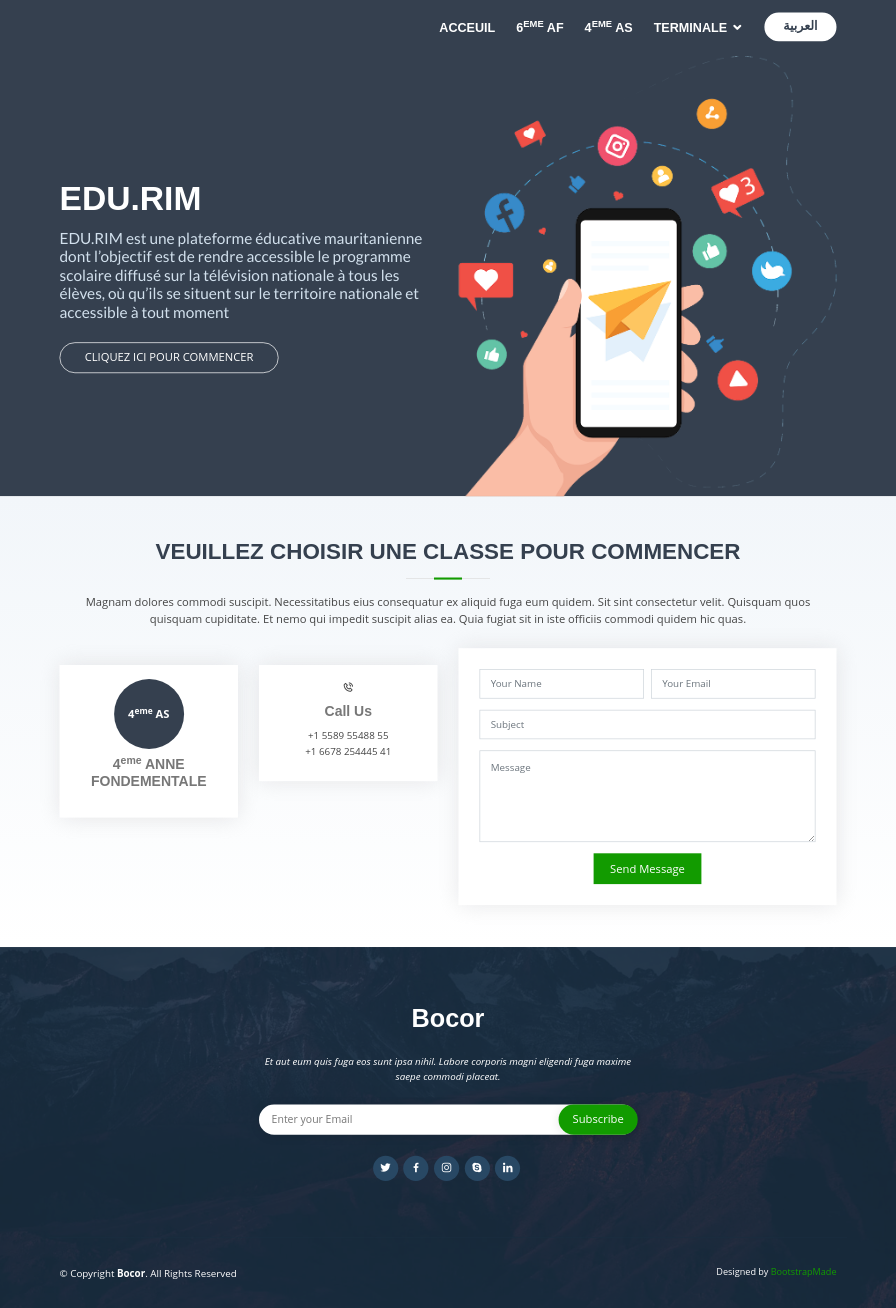
Repository: athiemohamed/courat
Page: http://localhost/
These files come from the project's save history. The page is drawn as it stood at one moment and after the next save; the edit follows.
The browser window is 1280 px wide. The pictures show the whole page, at 70% of full size.
Some web fonts or font styles are not loaded; a fallback is used. The page is run by PHP 8.4 with error messages shown; the project is at /var/www/html/. Other server files are loaded and not shown.

Above is the page before, as saved 2020-03-26 13:05:42.

### assets/css/style.css
/*--------------------------------------------------------------
# General
--------------------------------------------------------------*/
body {
  font-family: "Open Sans", sans-serif;
  color: #444444;
}

a {
  color: #129b00;
}

a:hover {
  color: #129b00;
  text-decoration: none;
}

h1, h2, h3, h4, h5, h6 {
  font-family: "Raleway", sans-serif;
}

/*--------------------------------------------------------------
# Back to top button
--------------------------------------------------------------*/
.back-to-top {
  position: fixed;
  display: none;
  width: 40px;
  height: 40px;
  border-radius: 50px;
  right: 15px;
  bottom: 15px;
  background: #129b00;
  color: #fff;
  transition: display 0.5s ease-in-out;
  z-index: 99999;
  transition: all ease-in-out 0.3s;
}

.back-to-top i {
  font-size: 24px;
  position: absolute;
  top: 8px;
  left: 8px;
}

.back-to-top:hover {
  color: #fff;
  background: #129b00;
}

/*--------------------------------------------------------------
# Header
--------------------------------------------------------------*/
#header {
  height: 80px;
  transition: all 0.5s;
  z-index: 997;
  transition: all 0.5s;
  padding: 16px 0;
  background: #35404f;
}

#header .logo h1 {
  font-size: 24px;
  margin: 0;
  padding: 10px 0;
  line-height: 1;
  font-weight: 700;
  letter-spacing: 3px;
  text-transform: uppercase;
  font-family: "Poppins", sans-serif;
}

#header .logo h1 a, #header .logo h1 a:hover {
  color: #fff;
  text-decoration: none;
}

#header .logo h1 a span, #header .logo h1 a:hover span {
  color: #129b00;
}

#header .logo img {
  padding: 0;
  margin: 0;
  max-height: 40px;
}

/*--------------------------------------------------------------
# Navigation Menu
--------------------------------------------------------------*/
/* Desktop Navigation */
.nav-menu, .nav-menu * {
  margin: 0;
  padding: 0;
  list-style: none;
}

.nav-menu > ul > li {
  position: relative;
  white-space: nowrap;
  float: left;
}

.nav-menu ul {
  border-radius: 6px;
}

.nav-menu a {
  display: block;
  position: relative;
  color: #fff;
  font-weight: bold;
  padding: 10px 15px;
  transition: 0.3s;
  font-size: 18px;
  font-family: 'Cairo', sans-serif;
  font-weight: bold;
}

.nav-menu a:hover, .nav-menu .active > a, .nav-menu li:hover > a {
  color: #fff;
  text-decoration: none;
}

.nav-menu .get-started a {
  background: #fff;
  font-size: 18px;
  font-family: 'Cairo', sans-serif;
  color: #35404f;
  border-radius: 50px;
  margin: 2px 0 0 15px;
  padding: 4px 25px 6px 25px;
  border: 2px solid #fff;
}

.nav-menu .get-started a:hover {
  background: #35404f;
  color: #fff;
  border: 1px solid #fff;
}

.nav-menu .drop-down ul {
  display: block;
  position: absolute;
  left: 0;
  top: calc(100% - 30px);
  z-index: 99;
  opacity: 0;
  visibility: hidden;
  padding: 10px 0;
  background: #fff;
  box-shadow: 0px 0px 30px rgba(127, 137, 161, 0.25);
  transition: ease all 0.3s;
}

.nav-menu .drop-down:hover > ul {
  opacity: 1;
  top: 100%;
  visibility: visible;
}

.nav-menu .drop-down li {
  min-width: 180px;
  position: relative;
}

.nav-menu .drop-down ul a {
  padding: 10px 20px;
  font-size: 14px;
  font-weight: 500;
  text-transform: none;
  color: #35404f;
}

.nav-menu .drop-down ul a:hover, .nav-menu .drop-down ul .active > a, .nav-menu .drop-down ul li:hover > a {
  color: #129b00;
}

.nav-menu .drop-down > a:after {
  content: "\ea99";
  font-family: IcoFont;
  padding-left: 5px;
}

.nav-menu .drop-down .drop-down ul {
  top: 0;
  left: calc(100% - 30px);
}

.nav-menu .drop-down .drop-down:hover > ul {
  opacity: 1;
  top: 0;
  left: 100%;
}

.nav-menu .drop-down .drop-down > a {
  padding-right: 35px;
}

.nav-menu .drop-down .drop-down > a:after {
  content: "\eaa0";
  font-family: IcoFont;
  position: absolute;
  right: 15px;
}

@media (max-width: 1366px) {
  .nav-menu .drop-down .drop-down ul {
    left: -90%;
  }
  .nav-menu .drop-down .drop-down:hover > ul {
    left: -100%;
  }
  .nav-menu .drop-down .drop-down > a:after {
    content: "\ea9d";
  }
}

/* Mobile Navigation */
.mobile-nav-toggle {
  position: fixed;
  right: 15px;
  top: 15px;
  z-index: 9998;
  border: 0;
  background: none;
  font-size: 24px;
  transition: all 0.4s;
  outline: none !important;
  line-height: 1;
  cursor: pointer;
  text-align: right;
}

.mobile-nav-toggle i {
  color: #fff;
}

.mobile-nav {
  position: fixed;
  top: 55px;
  right: 15px;
  bottom: 15px;
  left: 15px;
  z-index: 9999;
  overflow-y: auto;
  background: #fff;
  transition: ease-in-out 0.2s;
  opacity: 0;
  visibility: hidden;
  border-radius: 10px;
  padding: 10px 0;
}

.mobile-nav * {
  margin: 0;
  padding: 0;
  list-style: none;
}

.mobile-nav a {
  display: block;
  position: relative;
  color: #35404f;
  text-align: center;
  font-family: 'Cairo', sans-serif;
  font-weight: bold;
  padding: 10px 20px;
  outline: none;
  transition: 0.3s;
}

.mobile-nav a:hover, .mobile-nav .active > a, .mobile-nav li:hover > a {
  color: #129b00;
  text-decoration: none;
}

.mobile-nav .drop-down > a:after {
  content: "\ea99";
  font-family: IcoFont;
  padding-left: 10px;
  position: absolute;
  right: 15px;
}

.mobile-nav .active.drop-down > a:after {
  content: "\eaa1";
}

.mobile-nav .drop-down > a {
  text-align: center;
  font-family: 'Cairo', sans-serif;
  font-weight: bold;
}

.mobile-nav .drop-down ul {
  display: none;
  overflow: hidden;
}

.mobile-nav .drop-down li {
  text-align: center;
  font-family: 'Cairo', sans-serif;
}

.mobile-nav .get-started a {
  background: #35404f;
  color: #fff;
  font-family: 'Cairo', sans-serif;
  border-radius: 50px;
  margin: 15px;
  padding: 8px 25px 10px 25px;
  text-align: center;
}

.mobile-nav .get-started a:hover {
  background: #fff;
  color: #35404f;
  border: 1px solid #35404f;
}

.mobile-nav-overly {
  width: 100%;
  height: 100%;
  z-index: 9997;
  top: 0;
  left: 0;
  position: fixed;
  background: rgba(18, 33, 46, 0.6);
  overflow: hidden;
  display: none;
  transition: ease-in-out 0.2s;
}

.mobile-nav-active {
  overflow: hidden;
}

.mobile-nav-active .mobile-nav {
  opacity: 1;
  visibility: visible;
}

.mobile-nav-active .mobile-nav-toggle i {
  color: #fff;
}

/*--------------------------------------------------------------
# Hero Section
--------------------------------------------------------------*/
#hero {
  width: 100%;
  padding: 0 0 0 0;
  background: #35404f;
  background: linear-gradient(180deg, #35404f 0%, #35404f 35%, #35404f 100%);
}

#hero h1 {
  margin: 0 0 15px 0;
  font-size: 48px;
  font-weight: 700;
  line-height: 56px;
  color: #fff;
  font-family: "Cairo", sans-serif;
}

#hero h2 {
  font-family: 'Lato', sans-serif;
  color: #d2e0ed;
  margin-bottom: 30px;
  font-size: 22px;
}

#hero .btn-get-started {
  color: #fff;
  border-radius: 50px;
  padding: 8px 35px 10px 35px;
  border: 1px solid #fff;
  transition: all ease-in-out 0.3s;
  display: inline-block;
  background: #35404f;
}

#hero .btn-get-started:hover {
  background: #fff;
  color: #35404f;
}

@media (max-width: 991px) {
  #hero .hero-img {
    text-align: center;
  }
  #hero .hero-img img {
    width: 50%;
  }
}

@media (max-width: 768px) {
  #hero {
    -moz-text-align-last: center;
    text-align-last: center;
  }
  #hero h1 {
    font-size: 28px;
    line-height: 36px;
  }
  #hero h2 {
    font-size: 18px;
    line-height: 24px;
    margin-bottom: 30px;
  }
  #hero .hero-img img {
    width: 70%;
  }
}

@media (max-width: 575px) {
  #hero .hero-img img {
    width: 80%;
  }
}

/*--------------------------------------------------------------
# Sections General
--------------------------------------------------------------*/
section {
  padding: 60px 0;
  overflow: hidden;
}

.section-bg {
  background: linear-gradient(180deg, #f2f6fa 0%, #fff 100%);
}

.section-title {
  text-align: center;
  padding-bottom: 30px;
}

.section-title h2 {
  font-size: 32px;
  font-weight: 600;
  text-transform: uppercase;
  margin-bottom: 20px;
  padding-bottom: 20px;
  position: relative;
  font-family: "Poppins", sans-serif;
  color: #35404f;
}

.section-title h2::before {
  content: '';
  position: absolute;
  display: block;
  width: 120px;
  height: 1px;
  background: #ddd;
  bottom: 1px;
  left: calc(50% - 60px);
}

.section-title h2::after {
  content: '';
  position: absolute;
  display: block;
  width: 40px;
  height: 3px;
  background: #129b00;
  bottom: 0;
  left: calc(50% - 20px);
}

.section-title p {
  margin-bottom: 0;
}

/*--------------------------------------------------------------
# Clients
--------------------------------------------------------------*/
.clients {
  padding: 0;
}

.clients .client-logo {
  display: flex;
  justify-content: center;
  align-items: center;
  overflow: hidden;
  height: 120px;
}

.clients .client-logo img {
  height: 40px;
}

.clients .client-logo:hover img {
  transform: scale(1.2);
}

.clients img {
  transition: all 0.4s ease-in-out;
}

/*--------------------------------------------------------------
# About
--------------------------------------------------------------*/
.about .content {
  padding: 30px 0;
}

.about .content h3 {
  font-weight: 700;
  font-size: 34px;
  color: #35404f;
}

.about .content p {
  margin-bottom: 0;
}

.about .content .icon-box {
  margin-top: 25px;
}

.about .content .icon-box h4 {
  font-size: 20px;
  font-weight: 700;
  margin: 5px 0 10px 60px;
  color: #35404f;
}

.about .content .icon-box h4 a {
  color: #35404f;
  transition: 0.3s;
}

.about .content .icon-box h4 a:hover {
  color: #129b00;
}

.about .content .icon-box i {
  font-size: 48px;
  float: left;
  color: #129b00;
}

.about .content .icon-box p {
  font-size: 15px;
  color: #848484;
  margin-left: 60px;
}

.about .image {
  background: url("../img/about.jpg") center center no-repeat;
  background-size: cover;
  min-height: 400px;
}

@media (max-width: 667px) {
  .about .image img {
    max-width: 100%;
  }
}

/*--------------------------------------------------------------
# Services
--------------------------------------------------------------*/
.services {
  padding-bottom: 40px;
}

.services .card {
  border: 0;
  padding: 0 30px;
  margin-bottom: 60px;
  position: relative;
  background: transparent;
}

.services .card-img {
  width: calc(100% + 60px);
  margin-left: -30px;
  overflow: hidden;
  z-index: 9;
  border-radius: 0;
}

.services .card-img img {
  max-width: 100%;
  transition: all 0.3s ease-in-out;
}

.services .card-body {
  z-index: 10;
  background: #fff;
  border-top: 4px solid #fff;
  padding: 30px;
  box-shadow: 0px 2px 15px rgba(0, 0, 0, 0.1);
  margin-top: -60px;
  transition: 0.3s;
}

.services .card-title {
  font-weight: 700;
  text-align: center;
  margin-bottom: 20px;
}

.services .card-title a {
  color: #35404f;
  transition: 0.3s;
}

.services .card-text {
  color: #5e5e5e;
}

.services .read-more a {
  color: #777777;
  text-transform: uppercase;
  font-weight: 600;
  font-size: 12px;
  transition: 0.3s;
}

.services .read-more a:hover {
  color: #129b00;
}

.services .card:hover img {
  transform: scale(1.1);
}

.services .card:hover .card-body {
  border-color: #129b00;
}

.services .card:hover .card-body .card-title a {
  color: #129b00;
}

/*--------------------------------------------------------------
# Features
--------------------------------------------------------------*/
.features .content + .content {
  margin-top: 100px;
}

.features .content h3 {
  font-weight: 700;
  font-size: 26px;
  color: #35404f;
}

.features .content ul {
  list-style: none;
  padding: 0;
}

.features .content ul li {
  padding-bottom: 10px;
}

.features .content ul i {
  font-size: 20px;
  padding-right: 4px;
  color: #129b00;
}

.features .content p:last-child {
  margin-bottom: 0;
}

/*--------------------------------------------------------------
# Portfolio
--------------------------------------------------------------*/
.portfolio .portfolio-item {
  margin-bottom: 30px;
}

.portfolio #portfolio-flters {
  padding: 0;
  margin: 0 0 35px 0;
  list-style: none;
  text-align: center;
}

.portfolio #portfolio-flters li {
  cursor: pointer;
  margin: 0 5px 5px 0;
  display: inline-block;
  padding: 10px 15px;
  font-size: 16px;
  font-weight: 600;
  line-height: 20px;
  color: #444444;
  margin-bottom: 5px;
  transition: all 0.3s ease-in-out;
}

.portfolio #portfolio-flters li:hover, .portfolio #portfolio-flters li.filter-active {
  color: #129b00;
}

.portfolio #portfolio-flters li:last-child {
  margin-right: 0;
}

.portfolio .portfolio-wrap {
  transition: 0.3s;
  position: relative;
  overflow: hidden;
  border-radius: 8px;
  z-index: 1;
}

.portfolio .portfolio-wrap::before {
  content: "";
  background: rgba(33, 59, 82, 0.6);
  position: absolute;
  left: 100%;
  right: 0;
  top: 0;
  bottom: 0;
  transition: all ease-in-out 0.3s;
  z-index: 2;
}

.portfolio .portfolio-wrap img {
  transition: 0.3s;
}

.portfolio .portfolio-wrap .portfolio-links {
  opacity: 0;
  left: 0;
  right: 0;
  top: calc(50% - 36px);
  text-align: center;
  z-index: 3;
  position: absolute;
  transition: all ease-in-out 0.3s;
}

.portfolio .portfolio-wrap .portfolio-links a {
  color: #129b00;
  font-size: 24px;
  line-height: 1;
  text-align: center;
  width: 36px;
  height: 36px;
  display: inline-block;
  transition: 0.3s;
}

.portfolio .portfolio-wrap .portfolio-links a:hover {
  color: #fff;
}

.portfolio .portfolio-wrap .portfolio-info {
  opacity: 0;
  position: absolute;
  bottom: -20px;
  left: 0;
  right: 0;
  text-align: center;
  z-index: 3;
  transition: all ease-in-out 0.3s;
}

.portfolio .portfolio-wrap .portfolio-info h4 {
  font-size: 20px;
  color: #fff;
  font-weight: 600;
}

.portfolio .portfolio-wrap .portfolio-info p {
  color: #ffffff;
  font-size: 14px;
  text-transform: uppercase;
}

.portfolio .portfolio-wrap:hover::before {
  left: 0;
}

.portfolio .portfolio-wrap:hover .portfolio-links {
  opacity: 1;
  top: calc(50% - 18px);
}

.portfolio .portfolio-wrap:hover .portfolio-info {
  opacity: 1;
  bottom: 0;
}

/*--------------------------------------------------------------
# Team
--------------------------------------------------------------*/
.team .member {
  text-align: center;
  margin-bottom: 20px;
}

.team .member .pic {
  margin-bottom: 15px;
  overflow: hidden;
  min-height: 260px;
}

.team .member .pic img {
  max-width: 100%;
}

.team .member h4 {
  font-weight: 700;
  margin-bottom: 2px;
  font-size: 18px;
  color: #35404f;
}

.team .member span {
  font-style: italic;
  display: block;
  font-size: 13px;
}

.team .member .social {
  margin-top: 15px;
}

.team .member .social a {
  color: #5289ba;
  transition: 0.3s;
}

.team .member .social a:hover {
  color: #129b00;
}

.team .member .social i {
  font-size: 18px;
  margin: 0 2px;
}

/*--------------------------------------------------------------
# Pricing
--------------------------------------------------------------*/
.pricing .row {
  padding-top: 40px;
}

.pricing .box {
  padding: 40px;
  margin-bottom: 30px;
  box-shadow: 0px 0px 30px rgba(73, 78, 92, 0.15);
  background: #fff;
  text-align: center;
  position: relative;
}

.pricing .featured-badge {
  display: inline-block;
  position: absolute;
  top: -11px;
  left: calc(50% - 49px);
  background: #129b00;
  color: #fff;
  text-align: center;
  line-height: 1;
  border-radius: 50px;
  padding: 4px 20px 5px 20px;
  font-size: 12px;
  text-transform: uppercase;
}

.pricing h3 {
  font-weight: 300;
  margin-bottom: 15px;
  font-size: 28px;
}

.pricing h4 {
  font-size: 46px;
  color: #129b00;
  font-weight: 400;
  font-family: "Open Sans", sans-serif;
  margin-bottom: 25px;
}

.pricing h4 span {
  color: #bababa;
  font-size: 18px;
  display: block;
}

.pricing ul {
  padding: 0;
  list-style: none;
  color: #999;
  text-align: left;
  line-height: 20px;
}

.pricing ul li {
  padding-bottom: 12px;
}

.pricing ul i {
  color: #129b00;
  font-size: 18px;
  padding-right: 4px;
}

.pricing ul .na {
  color: #ccc;
}

.pricing ul .na i {
  color: #ccc;
}

.pricing ul .na span {
  text-decoration: line-through;
}

.pricing .get-started-btn {
  background: #35404f;
  display: inline-block;
  padding: 6px 30px;
  border-radius: 20px;
  color: #fff;
  transition: none;
  font-size: 14px;
  font-weight: 400;
  font-family: "Raleway", sans-serif;
  transition: 0.3s;
}

.pricing .get-started-btn:hover {
  background: #129b00;
}

.pricing .featured {
  z-index: 10;
  margin: -30px -5px 0 -5px;
  border: 1px solid #129b00;
}

.pricing .featured .get-started-btn {
  background: #129b00;
}

.pricing .featured .get-started-btn:hover {
  background: #fdcd5c;
}

@media (max-width: 992px) {
  .pricing .box {
    max-width: 60%;
    margin: 0 auto 30px auto;
  }
}

@media (max-width: 767px) {
  .pricing .box {
    max-width: 80%;
    margin: 0 auto 30px auto;
  }
}

@media (max-width: 420px) {
  .pricing .box {
    max-width: 100%;
    margin: 0 auto 30px auto;
  }
}

/*--------------------------------------------------------------
# Frequently Asked Questions
--------------------------------------------------------------*/
.faq .faq-item {
  margin: 20px 0;
  padding: 20px 0;
  border-bottom: 1px solid #dde8f1;
}

.faq .faq-item i {
  color: #9bbbd7;
  font-size: 20px;
  float: left;
  line-height: 0;
  padding: 13px 0 0 0;
  margin: 0;
}

.faq .faq-item h4 {
  font-size: 16px;
  line-height: 26px;
  font-weight: 500;
  margin: 0 0 10px 28px;
  font-family: "Poppins", sans-serif;
}

.faq .faq-item p {
  font-size: 15px;
}

/*--------------------------------------------------------------
# Contact
--------------------------------------------------------------*/
.contact .info-box {
  color: #444444;
  text-align: center;
  box-shadow: 0 0 30px rgba(214, 215, 216, 0.6);
  padding: 20px 0 30px 0;
  background: #fff;
}

.contact .circle-badge {
  height: 100px;
  width: 100px;
  line-height:100px;
  text-align: center;
  border-radius: 50px;
  background: #35404f;
  color:white;
  margin-left:auto;
  margin-right:auto;
}

.contact .info-box h3 {
  font-size: 20px;
  color: #777777;
  font-weight: 700;
  margin: 10px 0;
}

.contact .info-box p {
  padding: 0;
  line-height: 24px;
  font-size: 14px;
  margin-bottom: 0;
}

.contact .php-email-form {
  box-shadow: 0 0 30px rgba(214, 215, 216, 0.6);
  padding: 30px;
  background: #fff;
}

.contact .php-email-form .validate {
  display: none;
  color: red;
  margin: 0 0 15px 0;
  font-weight: 400;
  font-size: 13px;
}

.contact .php-email-form .error-message {
  display: none;
  color: #fff;
  background: #ed3c0d;
  text-align: center;
  padding: 15px;
  font-weight: 600;
}

.contact .php-email-form .sent-message {
  display: none;
  color: #fff;
  background: #18d26e;
  text-align: center;
  padding: 15px;
  font-weight: 600;
}

.contact .php-email-form .loading {
  display: none;
  background: #fff;
  text-align: center;
  padding: 15px;
}

.contact .php-email-form .loading:before {
  content: "";
  display: inline-block;
  border-radius: 50%;
  width: 24px;
  height: 24px;
  margin: 0 10px -6px 0;
  border: 3px solid #18d26e;
  border-top-color: #eee;
  -webkit-animation: animate-loading 1s linear infinite;
  animation: animate-loading 1s linear infinite;
}

.contact .php-email-form input, .contact .php-email-form textarea {
  border-radius: 0;
  box-shadow: none;
  font-size: 14px;
}

.contact .php-email-form input::focus, .contact .php-email-form textarea::focus {
  background-color: #129b00;
}

.contact .php-email-form input {
  padding: 20px 15px;
}

.contact .php-email-form textarea {
  padding: 12px 15px;
}

.contact .php-email-form button[type="submit"] {
  background: #129b00;
  border: 0;
  padding: 10px 24px;
  color: #fff;
  transition: 0.4s;
}

.contact .php-email-form button[type="submit"]:hover {
  background: #fdd067;
}

@-webkit-keyframes animate-loading {
  0% {
    transform: rotate(0deg);
  }
  100% {
    transform: rotate(360deg);
  }
}

@keyframes animate-loading {
  0% {
    transform: rotate(0deg);
  }
  100% {
    transform: rotate(360deg);
  }
}

/*--------------------------------------------------------------
# Footer
--------------------------------------------------------------*/
#footer {
  background: url("../img/footer-bg.jpg") center center no-repeat;
  color: #fff;
  font-size: 14px;
  position: relative;
}

#footer::before {
  content: "";
  position: absolute;
  left: 0;
  right: 0;
  top: 0;
  bottom: 0;
  background: rgba(26, 46, 64, 0.85);
  z-index: 1;
}

#footer .footer-top {
  position: relative;
  z-index: 2;
  text-align: center;
  padding: 80px 0;
}

#footer .footer-top h3 {
  font-size: 36px;
  font-weight: 700;
  color: #fff;
  position: relative;
  font-family: "Poppins", sans-serif;
  padding-bottom: 0;
  margin-bottom: 0;
}

#footer .footer-top p {
  font-size: 15;
  font-style: italic;
  margin: 30px 0 0 0;
  padding: 0;
}

#footer .footer-top .footer-newsletter {
  text-align: center;
  font-size: 15px;
  margin-top: 30px;
}

#footer .footer-top .footer-newsletter form {
  background: #fff;
  padding: 6px 10px;
  position: relative;
  border-radius: 50px;
  box-shadow: 0px 2px 15px rgba(0, 0, 0, 0.1);
  text-align: left;
}

#footer .footer-top .footer-newsletter form input[type="email"] {
  border: 0;
  padding: 4px 8px;
  width: calc(100% - 100px);
}

#footer .footer-top .footer-newsletter form input[type="submit"] {
  position: absolute;
  top: 0;
  right: -1px;
  bottom: 0;
  border: 0;
  background: none;
  font-size: 16px;
  padding: 0 20px;
  background: #129b00;
  color: #fff;
  transition: 0.3s;
  border-radius: 50px;
  box-shadow: 0px 2px 15px rgba(0, 0, 0, 0.1);
}

#footer .footer-top .footer-newsletter form input[type="submit"]:hover {
  background: #fcb102;
}

#footer .footer-top .social-links {
  margin-top: 30px;
}

#footer .footer-top .social-links a {
  font-size: 18px;
  display: inline-block;
  background: #284864;
  color: #fff;
  line-height: 1;
  padding: 8px 0;
  margin-right: 4px;
  border-radius: 50%;
  text-align: center;
  width: 36px;
  height: 36px;
  transition: 0.3s;
}

#footer .footer-top .social-links a:hover {
  background: #fcb102;
  color: #fff;
  text-decoration: none;
}

#footer .footer-bottom {
  border-top: 1px solid #1a2e40;
  z-index: 2;
  position: relative;
  padding-top: 40px;
  padding-bottom: 40px;
}

#footer .copyright {
  text-align: center;
  float: left;
}

#footer .credits {
  float: right;
  text-align: center;
  font-size: 13px;
}

@media (max-width: 768px) {
  #footer .copyright, #footer .credits {
    padding: 5px;
    float: none;
    text-align: ceneter;
  }
}









/* CUSTOM */
.rounded-number {
  border-radius: 50%;
  behavior: url(PIE.htc); /* remove if you don't care about IE8 */
  width: 36px;
  height: 36px;
  padding: 8px;
  background: #fff;
  border: 2px solid black;
  color: black;
  text-align: center;
  font: 32px Arial, sans-serif;
  display: inline-block;
}

Loaded but not shown: assets/js/main.js (117 lines, source omitted); index.php (271 lines, source omitted)

After the next save:
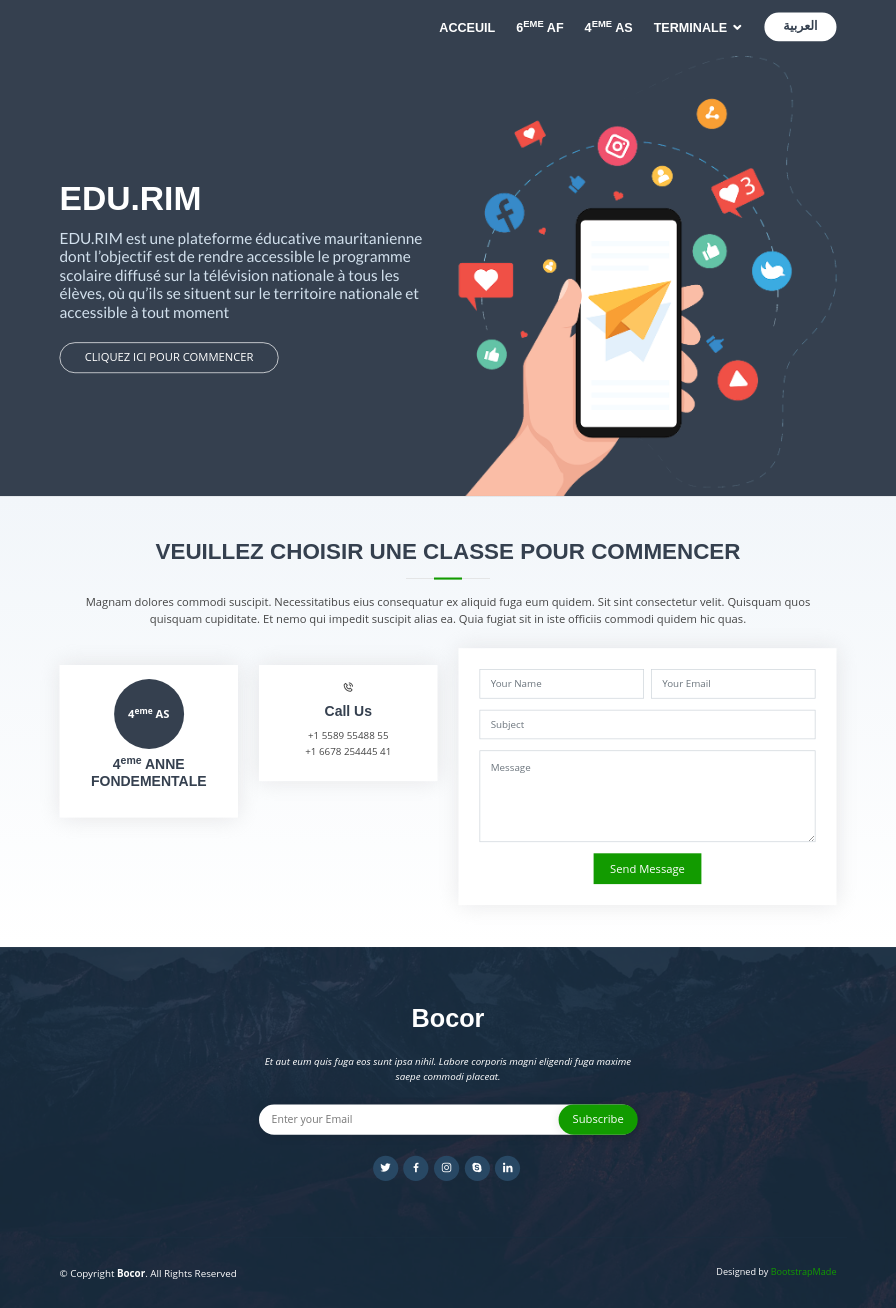
Saved 27 s later.
--- a/assets/css/style.css
+++ b/assets/css/style.css
@@ -1032,7 +1032,7 @@ section {
 
 .contact .info-box h3 {
   font-size: 20px;
-  color: #777777;
+  color: #35404f;
   font-weight: 700;
   margin: 10px 0;
 }
